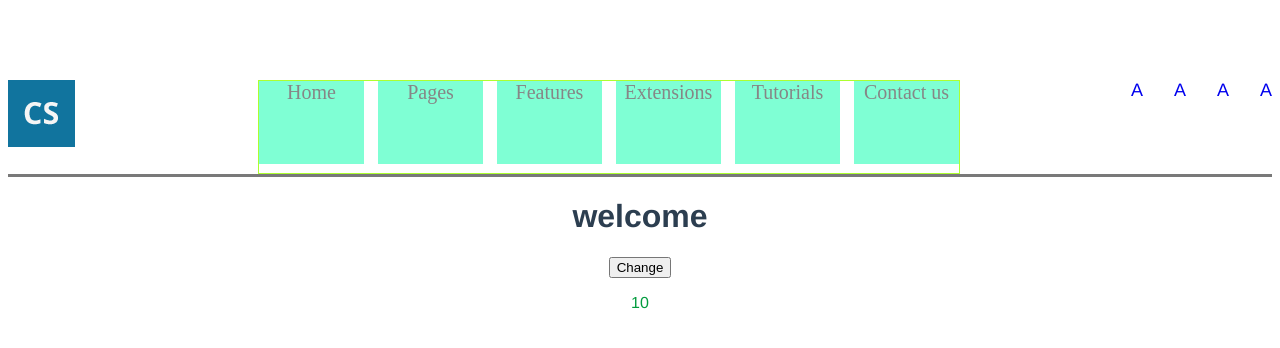
Repository: joker506/Creatives
Page: /
An editor plug-in stored every save of this project. The page is shown before and after the next save, followed by the edit.
The browser window is 1280 px wide. The pictures show the whole page.
The project was rebuilt for these pictures with package versions that can differ from the ones it lists, and the page was loaded fresh each time.

Above is the page before, as saved 2020-03-29 17:45:39.

After the next save:
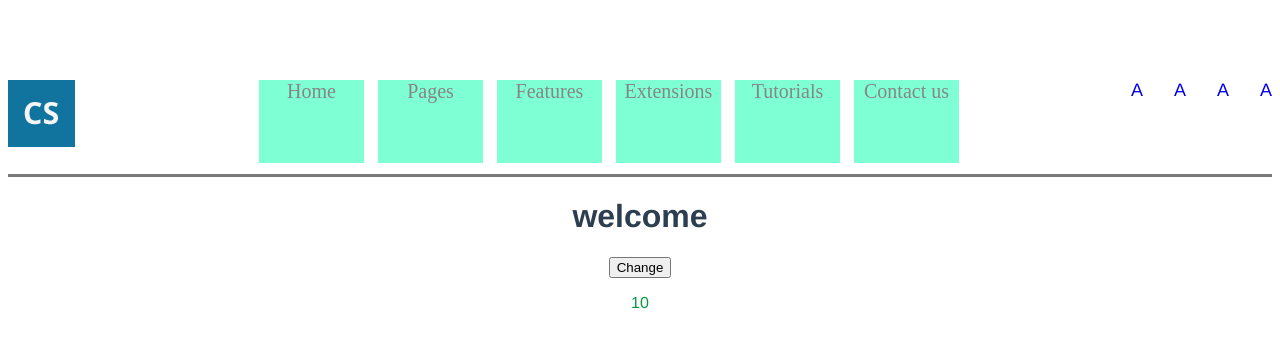
Saved 73 s later.
--- a/src/components/HeaderApp.vue
+++ b/src/components/HeaderApp.vue
@@ -83,7 +83,7 @@ export default {
 }
 
 .main-nav{
-border: 1px solid greenyellow;
+//border: 1px solid greenyellow;
 }
 .main-nav__items{
 padding: 0;
